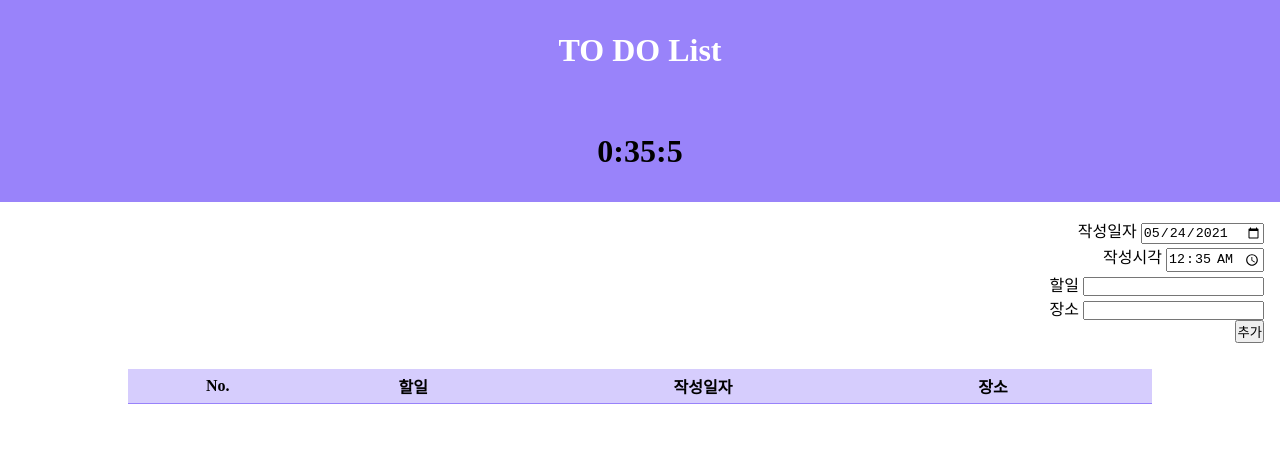
Repository: soyeon-noh/TodoList_Project
Page: http://localhost/Server_PR_TodoList/
An editor plug-in stored every save of this project. The page is shown before and after the next save, followed by the edit.
The browser window is 1280 px wide. The pictures show the whole page.
The page is served by Tomcat 9. Other server files are loaded and not shown. Queries for data that is not in the repository find no rows.

Above is the page before, as saved 2021-05-25 02:28:03.

### Server_PR_TodoList/src/main/webapp/WEB-INF/views/home.jsp
<%@ page language="java" contentType="text/html; charset=UTF-8"
    pageEncoding="UTF-8"%>
<%@ taglib uri="http://java.sun.com/jsp/jstl/core"
			prefix="c"%>
<c:set value="${pageContext.request.contextPath}"
		var="rootPath"/>
<!DOCTYPE html>
<html>
<head>
<meta charset="UTF-8">
<title>TODOList 메인화면</title>
<link href="${rootPath}/static/css/home.css?ver5" rel="stylesheet"/>

<style>

</style>


</head>
  <body>
  	<%@ include file="/WEB-INF/views/include_nav.jsp" %>
    <form class ="v1" method="POST">
    	<div>
    		<label for="date">작성일자</label>
    		<input name="td_date"
    				type="date" value="${TD.td_date}">
    	</div>

    	<div>
    		<label for="time">작성시각</label>
    		<input name="td_time"
    				type="time" value="${TD.td_time}">
    	</div>

    	<div>
    		<label for="todo">할일</label>
    		<input name="td_todo"
    				type="text" value="${TD.td_todo}">
    	</div>

    	<div>
    		<label for="place">장소</label>
    		<input name="td_place"
    				type="text" value="${TD.td_place}">
    	</div>
   		<button class="btn_insert">추가</button>
    </form>

    <table id="tdlist">
      <tr>
        <th>No.</th>
        <th>할일</th>
        <th>작성일자</th>
        <th>장소</th>
        <th></th>
      </tr>
      <c:forEach items="${TDLIST}" var="TD" varStatus="i">
        <tr>
          <td>${i.count}</td>
          <td>${TD.td_todo}</td>
          <td>${TD.td_date}</td>
          <td>${TD.td_place}</td>
          <td><button class="btn_update" data-seq="${TD.td_seq}" type="button">
          		수정</button>
          		<button class="btn_delete" data-seq="${TD.td_seq}" type="button">
          		삭제</button></td>
        </tr>
      </c:forEach>
    </table>
  </body>

  <script>
  // html 코드가 다 화면에 뜨고 나서 실행하라는 명렁
  // 아래 한 줄의 코드가 있어야 어디든디 script를 넣을 수 있다.
	document.addEventListener("DOMContentLoaded",function(){
		document.querySelector("table#tdlist")
		.addEventListener("click", function(ev){
			let className = ev.target.className

			if(className == "btn_delete"){

				let seq = ev.target.dataset.seq
				alert(seq + " 삭제가 완료되었습니다.");

				document
				.location
				.replace( "${rootPath}" +
						"/UD/delete?td_seq="
						+ seq )

			} else if(className == "btn_update"){

				let seq = ev.target.dataset.seq;

				document
				.location
				.href= "${rootPath}" +
						"/UD/update?td_seq="
						+ seq
			}

		})
	})
  </script>

</html>

### Server_PR_TodoList/src/main/webapp/WEB-INF/views/include_nav.jsp
<%@ page language="java" contentType="text/html; charset=UTF-8"
    pageEncoding="UTF-8"%>

<style>
	* {
		margin: 0;
		padding: 0;
		box-sizing: border-box;
	}

    h1.clock {
        color: black;
        text-align: center;
        background-color: rgba(153, 131, 250, 20);
        padding: 2rem;
    }

</style>
<h1>TO DO List</h1>
<h2 class="date"></h2>
<h1 class="clock"></h1>
<script>
	let date = document.querySelector(".date");

    function getDate(){
        const time = new Date();
        const year = time.getUTCFullYear();
        const month = time.getUTCMonth();
        const day = time.getUTCDay();
        date.textContent = year + "-" + month + "-" + day;
    }



	let clock = document.querySelector(".clock");

	function getTime() {
		  const time = new Date();
		  const hour = time.getHours();
		  const minutes = time.getMinutes();
		  const seconds = time.getSeconds();
		  clock.textContent = hour + ":" + minutes + ":" + seconds;


	}

	function init() {
	  setInterval(getTime, 1000);
	}

	init();
</script>

### Server_PR_TodoList/src/main/java/com/callor/todo/controller/HomeController.java
package com.callor.todo.controller;

import java.io.IOException;
import java.text.SimpleDateFormat;
import java.util.Date;
import java.util.List;

import javax.servlet.ServletException;
import javax.servlet.annotation.WebServlet;
import javax.servlet.http.HttpServlet;
import javax.servlet.http.HttpServletRequest;
import javax.servlet.http.HttpServletResponse;

import com.callor.todo.model.TodoListVO;
import com.callor.todo.service.TodoService;
import com.callor.todo.service.impl.TodoServiceImplV1;

@WebServlet("/")
public class HomeController extends HttpServlet{

	protected TodoService tdService;
	public HomeController() {
		tdService = new TodoServiceImplV1();
	}
	@Override
	protected void doGet(HttpServletRequest req, HttpServletResponse resp) throws ServletException, IOException {
		// TODO selectAll()
		List<TodoListVO> tdList = tdService.selectAll();
		req.setAttribute("TDLIST", tdList);

		// TODO insert()
		TodoListVO tdVO = new TodoListVO();

		// SimpleDateFormat : 날짜 및 시간을 형식화하고 구문 분석하는 메소드 제공
		SimpleDateFormat sd = new SimpleDateFormat("yyyy-MM-dd");
		SimpleDateFormat st = new SimpleDateFormat("HH:mm:ss");

		// 현재시간을 저장
		Date date = new Date(System.currentTimeMillis());

		// 현재 시간을 변환해 VO에 넣어준다
		tdVO.setTd_seq(0L);
		tdVO.setTd_date(sd.format(date));
		tdVO.setTd_time(st.format(date));

		req.setAttribute("TD", tdVO);

		// home.jsp 화면을 보여줘라
		RequestController.reqController(req, resp, "home");
	}
	@Override
	protected void doPost(HttpServletRequest req, HttpServletResponse resp) throws ServletException, IOException {
		// TODO insert()

		// 한글 인코딩 세팅
		req.setCharacterEncoding("UTF-8");

		// user가 입력한 data 확인
		String td_date = req.getParameter("td_date");
		String td_time = req.getParameter("td_time");
		String td_todo = req.getParameter("td_todo");
		String td_place = req.getParameter("td_place");

		TodoListVO tdVO = new TodoListVO();
		tdVO.setTd_date(td_date);
		tdVO.setTd_time(td_time);
		tdVO.setTd_todo(td_todo);
		tdVO.setTd_place(td_place);

		tdService.insert(tdVO);

		System.out.println("insert : " + tdVO);

		resp.sendRedirect("/todo");
	}

}

### Server_PR_TodoList/src/main/java/com/callor/todo/service/impl/TodoServiceImplV1.java
package com.callor.todo.service.impl;

import java.sql.Connection;
import java.sql.PreparedStatement;
import java.sql.ResultSet;
import java.sql.SQLException;
import java.util.ArrayList;
import java.util.List;

import com.callor.todo.config.DbInfo;
import com.callor.todo.config.MySQLConnection;
import com.callor.todo.model.TodoListVO;
import com.callor.todo.service.TodoService;

public class TodoServiceImplV1 implements TodoService{

	// 먼저 db와 연결
	protected Connection dbConn;

	public TodoServiceImplV1() {
		dbConn = MySQLConnection.getDBConnection();
	}


	protected List<TodoListVO> select(PreparedStatement pStr) throws SQLException{
		// TODO DB로부터 데이터를 받아와 List에 저장
		List<TodoListVO> tdList = new ArrayList<TodoListVO>();

		ResultSet rSet = pStr.executeQuery();
		while(rSet.next()) {
			TodoListVO tdVO = new TodoListVO();
			tdVO.setTd_seq(rSet.getLong(DbInfo.td_seq));
			tdVO.setTd_date(rSet.getString(DbInfo.td_date));
			tdVO.setTd_time(rSet.getString(DbInfo.td_time));
			tdVO.setTd_todo(rSet.getString(DbInfo.td_todo));
			tdVO.setTd_place(rSet.getString(DbInfo.td_place));
			tdList.add(tdVO);
		}

		// 데이터 확인
		System.out.println("select : " + tdList.toString());
		return tdList;
	}

	@Override
	public List<TodoListVO> selectAll() {
		// TODO List 전체 데이터 조회

		String sql = " SELECT * FROM tbl_todo_list ";
		sql += " ORDER BY td_date DESC, td_time DESC ";

		PreparedStatement pStr = null;

		try {
			pStr = dbConn.prepareStatement(sql);
			List<TodoListVO> tdList = this.select(pStr);
			pStr.close();

			System.out.println("selectAll : " + tdList.toString());
			return tdList;
		} catch (SQLException e) {
			// TODO Auto-generated catch block
			e.printStackTrace();
		}
		return null;
	}

	@Override
	public TodoListVO findById(Long seq) {
		// TODO 일련번호로 조회
		String sql = " SELECT * FROM tbl_todo_list ";
		sql += " WHERE td_seq = ? ";

		PreparedStatement pStr = null;

		try {
			pStr = dbConn.prepareStatement(sql);
			pStr.setLong(1, seq);

			List<TodoListVO> tdList = this.select(pStr);

			pStr.close();

			if(tdList != null && tdList.size() > 0) {
				return tdList.get(0);
			}


		} catch (SQLException e) {
			// TODO Auto-generated catch block
			e.printStackTrace();
		}
		return null;
	}

	@Override
	public List<TodoListVO> findByDate(String td_date) {
		// TODO 날짜로 조회
		String sql = " SELECT * FROM tbl_todo_list ";
		sql += " WHERE td_date = ? ";

		PreparedStatement pStr = null;

		try {
			pStr = dbConn.prepareStatement(sql);
			pStr.setString(1, td_date);

			List<TodoListVO> tdList = this.select(pStr);

			pStr.close();
			return tdList;

		} catch (SQLException e) {
			// TODO Auto-generated catch block
			e.printStackTrace();
		}
		return null;
	}

	@Override
	public List<TodoListVO> findByTodo(String td_todo) {
		// TODO 할일내용으로 조회
		return null;
	}

	@Override
	public List<TodoListVO> findByPlace(String td_place) {
		// TODO 장소로 조회
		return null;
	}

	@Override
	public Integer insert(TodoListVO tdVO) {
		// TODO 데이터 추가

		String sql = " INSERT INTO tbl_todo_list ";
		sql += " ( ";
		sql += " td_date, ";
		sql += " td_time, ";
		sql += " td_todo, ";
		sql += " td_place) ";
		sql += " VALUES( ?,?,?,? ) ";


		// SQL 구문을 실행시키는 객체
		PreparedStatement pStr = null;

		try {
			pStr = dbConn.prepareStatement(sql);
			pStr.setString(1, tdVO.getTd_date());
			pStr.setString(2, tdVO.getTd_time());
			pStr.setString(3, tdVO.getTd_todo());
			pStr.setString(4, tdVO.getTd_place());

			return pStr.executeUpdate();

		} catch (SQLException e) {
			// TODO Auto-generated catch block
			e.printStackTrace();
		}
		return null;
	}


	@Override
	public Integer update(TodoListVO tdVO) {
		// TODO 데이터 업데이트
		String sql = " UPDATE tbl_todo_list SET ";
		sql += " td_date = ?, ";
		sql += " td_time = ?, ";
		sql += " td_todo = ?, ";
		sql += " td_place = ? ";

		sql += " WHERE td_seq = ? ";

		PreparedStatement pStr = null;

		try {
			pStr = dbConn.prepareStatement(sql);
			pStr.setString(1, tdVO.getTd_date());
			pStr.setString(2, tdVO.getTd_time());
			pStr.setString(3, tdVO.getTd_todo());
			pStr.setString(4, tdVO.getTd_place());

			pStr.setLong(5, tdVO.getTd_seq());
			return pStr.executeUpdate();

		} catch (SQLException e) {
			// TODO Auto-generated catch block
			e.printStackTrace();
		}

		return null;
	}

	@Override
	public Integer delete(Long seq) {
		// TODO 데이터 삭제

		String sql = " DELETE FROM tbl_todo_list ";
		sql += "WHERE td_seq = ?";

		PreparedStatement pStr = null;

		try {
			pStr = dbConn.prepareStatement(sql);
			pStr.setLong(1, seq);
			return pStr.executeUpdate();

		} catch (SQLException e) {
			// TODO Auto-generated catch block
			e.printStackTrace();
		}
		return null;
	}
}

### Server_PR_TodoList/src/main/java/com/callor/todo/config/MySQLConnection.java
package com.callor.todo.config;

import java.sql.Connection;
import java.sql.DriverManager;
import java.sql.SQLException;

public class MySQLConnection {

	private static Connection dbConn;

	static {

		String jdbcDriver = "com.mysql.cj.jdbc.Driver";
		String url = "jdbc:mysql://localhost:3306/todolist";
		String username = "tdUser";
		String password = "12345";

		try {
			Class.forName(jdbcDriver);
			if(dbConn == null) {
				dbConn = DriverManager.getConnection(url, username, password);
			}
			System.out.println("MySQL 접속 성공!!");
		} catch (ClassNotFoundException e) {
			System.out.println("MySQL Driver 를 찾을 수 없음");
		} catch (SQLException e) {
			System.out.println("MySQL DBMS 연결 실패");
		}
	}

	public static Connection getDBConnection() {
		return dbConn;
	}

}

### Server_PR_TodoList/src/main/java/com/callor/todo/model/TodoListVO.java
package com.callor.todo.model;

import lombok.AllArgsConstructor;
import lombok.Getter;
import lombok.NoArgsConstructor;
import lombok.Setter;
import lombok.ToString;

@Getter
@Setter
@ToString
@NoArgsConstructor
@AllArgsConstructor
public class TodoListVO {

	private Long td_seq;	//BIGINT
    private String td_date;	//VARCHAR(20)
    private String td_time;	//VARCHAR(20)
	private String td_todo;	//VARCHAR(200)
    private String td_place;	//VARCHAR(125)
}

### Server_PR_TodoList/src/main/java/com/callor/todo/controller/RequestController.java
package com.callor.todo.controller;

import java.io.IOException;

import javax.servlet.ServletException;
import javax.servlet.http.HttpServlet;
import javax.servlet.http.HttpServletRequest;
import javax.servlet.http.HttpServletResponse;

public class RequestController extends HttpServlet{

	public static void reqController (HttpServletRequest req,
			HttpServletResponse resp, String file) throws ServletException, IOException {

		String root = "/WEB-INF/views/" + file + ".jsp";

		req.getRequestDispatcher(root)
		.forward(req, resp);


	}

}

### Server_PR_TodoList/src/main/webapp/static/css/home.css
@charset "UTF-8";

/* 여백 초기화 */
* {
	margin: 0;
	padding: 0;
	box-sizing: border-box;
}

h1 {
	color: white;
	text-align: center;
	background-color: rgba(153,131,250,1);
	padding: 2rem;

}

form.v1 {
	text-align: right;

}

table {
	border-collapse: collapse;
	width: 80%;
	margin: 10px auto;
}

td, th {
	border-bottom: 1px solid #9882FA;
	padding: 5px;
	text-align: center;
}

th {
	background-color: rgba(153,131,250,0.4);
}

form{
	text-align: center;
	padding: 1rem;
}

After the next save:
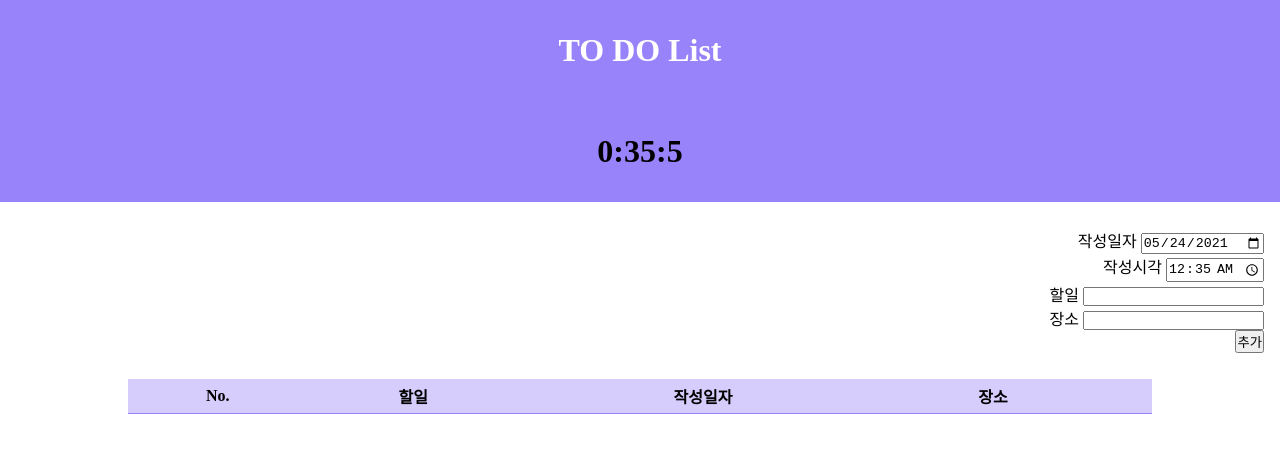
Saved 22 s later.
--- a/Server_PR_TodoList/src/main/webapp/static/css/home.css
+++ b/Server_PR_TodoList/src/main/webapp/static/css/home.css
@@ -17,7 +17,7 @@ h1 {
 
 form.v1 {
 	text-align: right;
-
+	margin: 10px auto;
 }
 
 table {
